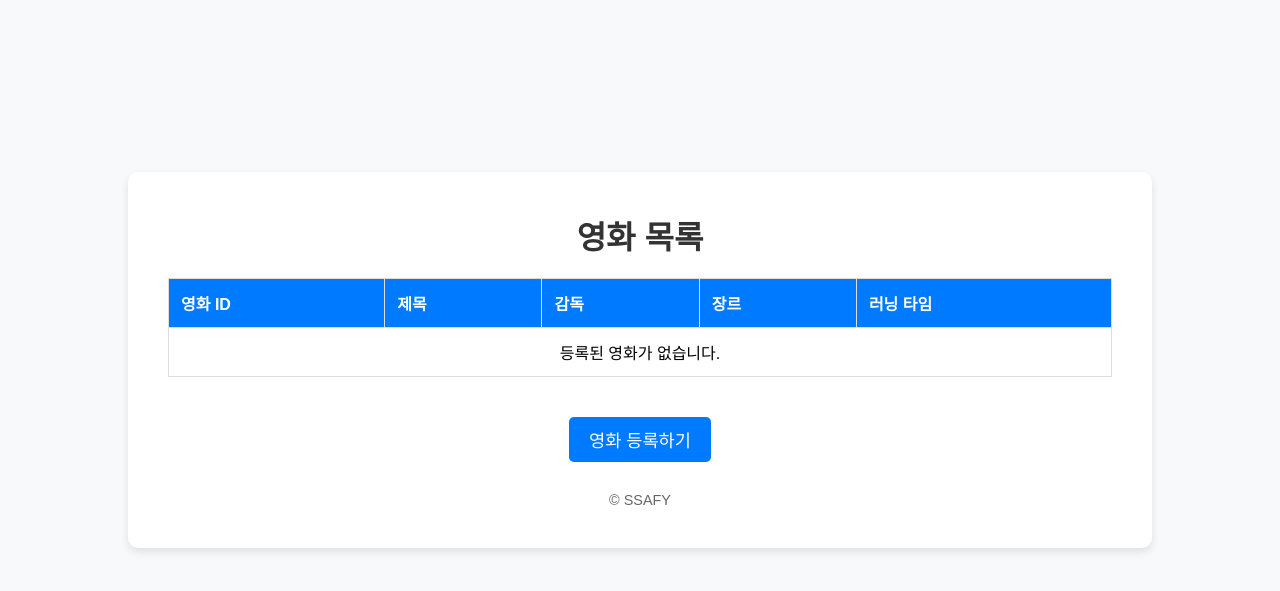
Repository: s00ngle/SSAFY-BE
Page: http://localhost/back_db_ws_10_2/list.jsp
The author's editor kept a copy of each file at every save. The page is drawn from the files as they stood at one save, then again after the next save.
The browser window is 1280 px wide. The pictures show the whole page.
The page is served by Tomcat 10. Other server files are loaded and not shown. The template is opened directly, without the code that normally fills it, so the values that code supplies are empty.

Above is the page before, as saved 2024-09-25 05:45:04.

### back_db_ws_10_2/src/main/webapp/list.jsp
<%@page import="com.ssafy.ws.step2.dto.Movie"%>
<%@page import="java.util.List"%>
<%@ page language="java" contentType="text/html; charset=UTF-8"%>

<%
	String root = request.getContextPath();
	List<Movie> list = (List<Movie>) request.getAttribute("movies");
%>

<!DOCTYPE html>
<html lang="ko">
<head>
    <meta charset="UTF-8">
    <meta name="viewport" content="width=device-width, initial-scale=1.0">
    <title>영화 목록</title>
    <style>
        * {
            box-sizing: border-box;
            margin: 0;
            padding: 0;
            font-family: 'Arial', sans-serif;
        }
        body {
            background-color: #f8f9fa;
            display: flex;
            justify-content: center;
            align-items: center;
            height: 100vh;
        }
        .container {
            width: 80%;
            background-color: #fff;
            padding: 40px;
            border-radius: 10px;
            box-shadow: 0 4px 8px rgba(0, 0, 0, 0.1);
            text-align: center;
        }
        h1 {
            font-size: 2em;
            color: #333;
            margin-bottom: 20px;
        }
        table {
            width: 100%;
            border-collapse: collapse;
            margin: 20px 0;
        }
        th, td {
            padding: 12px;
            border: 1px solid #ddd;
            text-align: left;
        }
        th {
            background-color: #007BFF;
            color: white;
        }
        tr:nth-child(even) {
            background-color: #f2f2f2;
        }
        tr:hover {
            background-color: #e9ecef;
        }
        a {
            display: inline-block;
            text-decoration: none;
            padding: 10px 20px;
            background-color: #007BFF;
            color: #fff;
            border-radius: 5px;
            font-size: 1.1em;
            margin-top: 20px;
            transition: background-color 0.3s ease;
        }
        a:hover {
            background-color: #0056b3;
        }
        footer {
            margin-top: 30px;
            font-size: 0.9em;
            color: #666;
        }
    </style>
</head>
<body>
    <div class="container">
        <h1>영화 목록</h1>
        <table>
            <thead>
                <tr>
                    <th>영화 ID</th>
                    <th>제목</th>
                    <th>감독</th>
                    <th>장르</th>
                    <th>러닝 타임</th>
                </tr>
            </thead>
            <tbody>
                <% if (list != null && !list.isEmpty()) { %>
                    <% for (Movie movie : list) { %>
                        <tr>
                            <td><%= movie.getId() %></td>
                            <td><%= movie.getTitle() %></td>
                            <td><%= movie.getDirector() %></td>
                            <td><%= movie.getGenre() %></td>
                            <td><%= movie.getRunningTime() %> 분</td>
                        </tr>
                    <% } %>
                <% } else { %>
                    <tr>
                        <td colspan="5" style="text-align: center;">등록된 영화가 없습니다.</td>
                    </tr>
                <% } %>
            </tbody>
        </table>
        <a href="<%= root %>/regist.jsp">영화 등록하기</a>
        <footer>
            &copy; SSAFY
        </footer>
    </div>
</body>
</html>

After the next save:
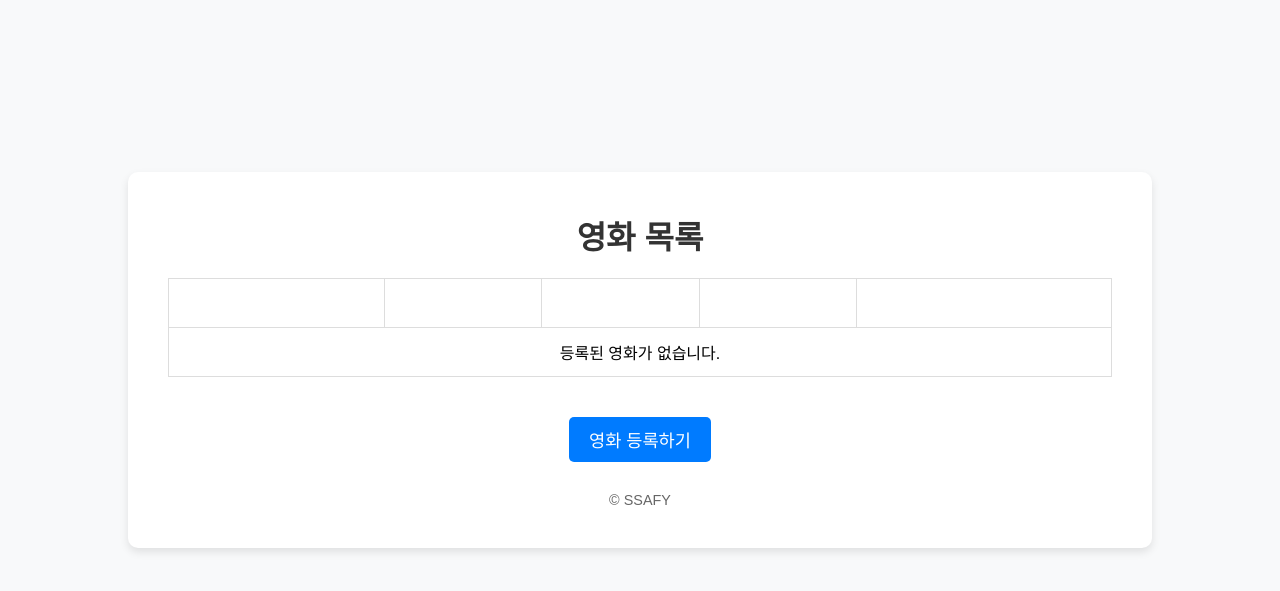
Saved 25 s later.
--- a/back_db_ws_10_2/src/main/webapp/list.jsp
+++ b/back_db_ws_10_2/src/main/webapp/list.jsp
@@ -51,7 +51,7 @@
             text-align: left;
         }
         th {
-            background-color: #007BFF;
+            background-color: ##717171;
             color: white;
         }
         tr:nth-child(even) {
